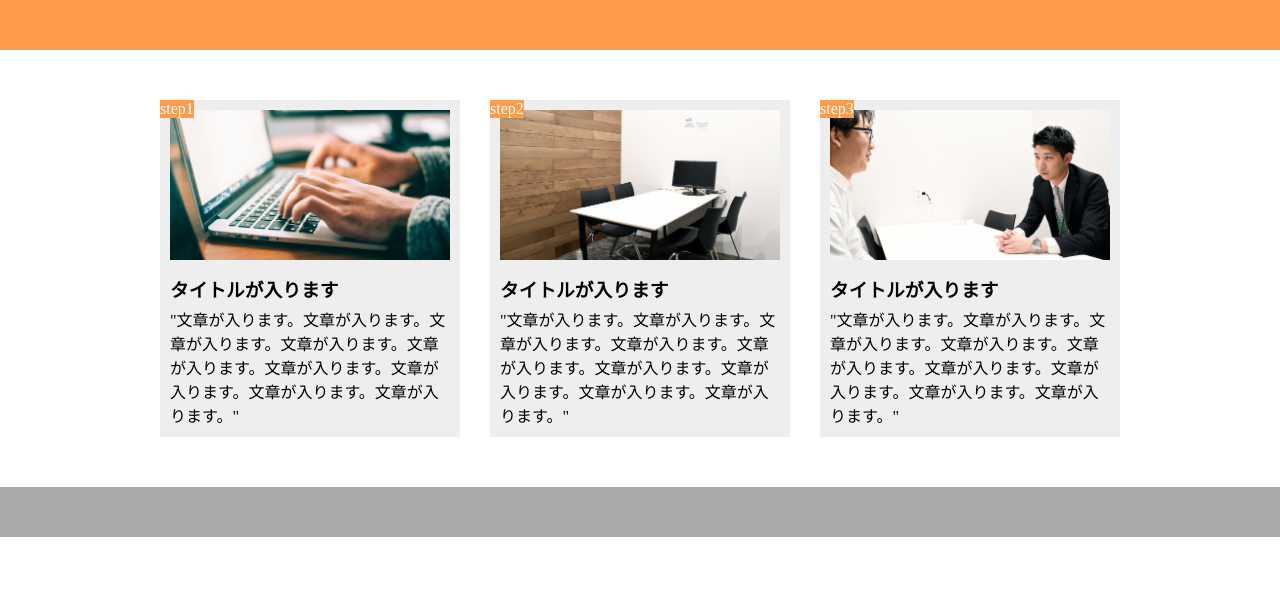
Repository: newyorkey/exercise1
Page: exercise/exercise.html
The author's editor kept a record of every edit. The page is drawn from the files as they stood at one moment, then again after the next edit.
The browser window is 1280 px wide. The pictures show the whole page.

Above is the page before.

After the next edit:
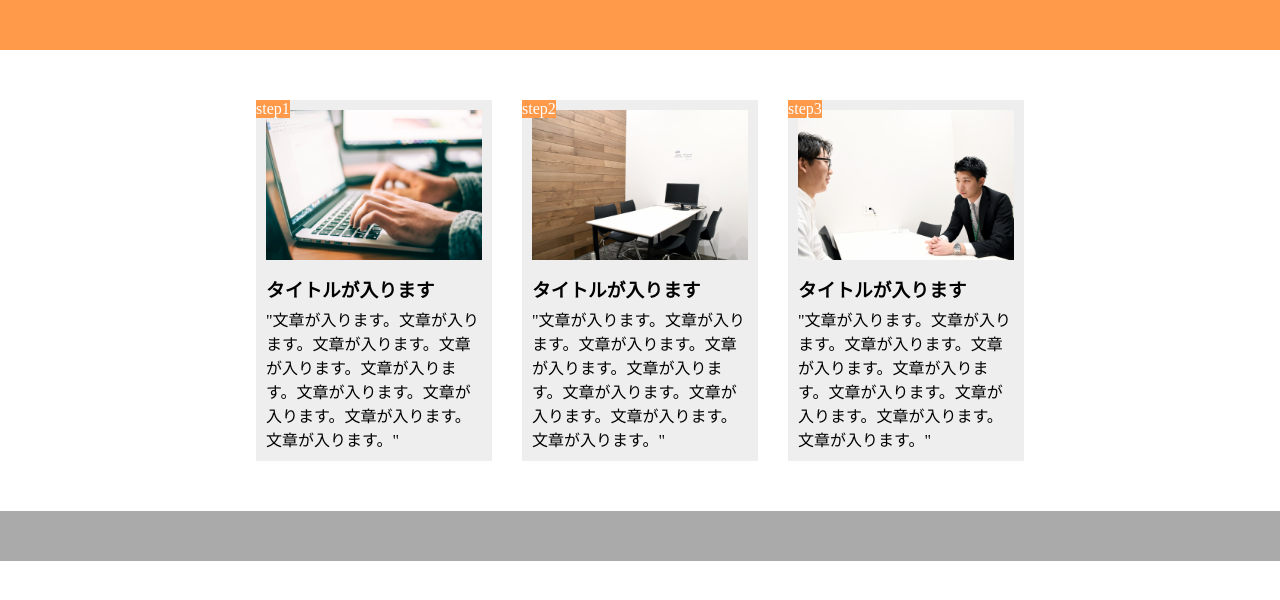
The edit:
--- a/exercise/style.css
+++ b/exercise/style.css
@@ -11,7 +11,7 @@
 }
 
 main {
-  width: 960px;
+  width: 768px;
   margin: 50px auto;
   display: flex;
 }
